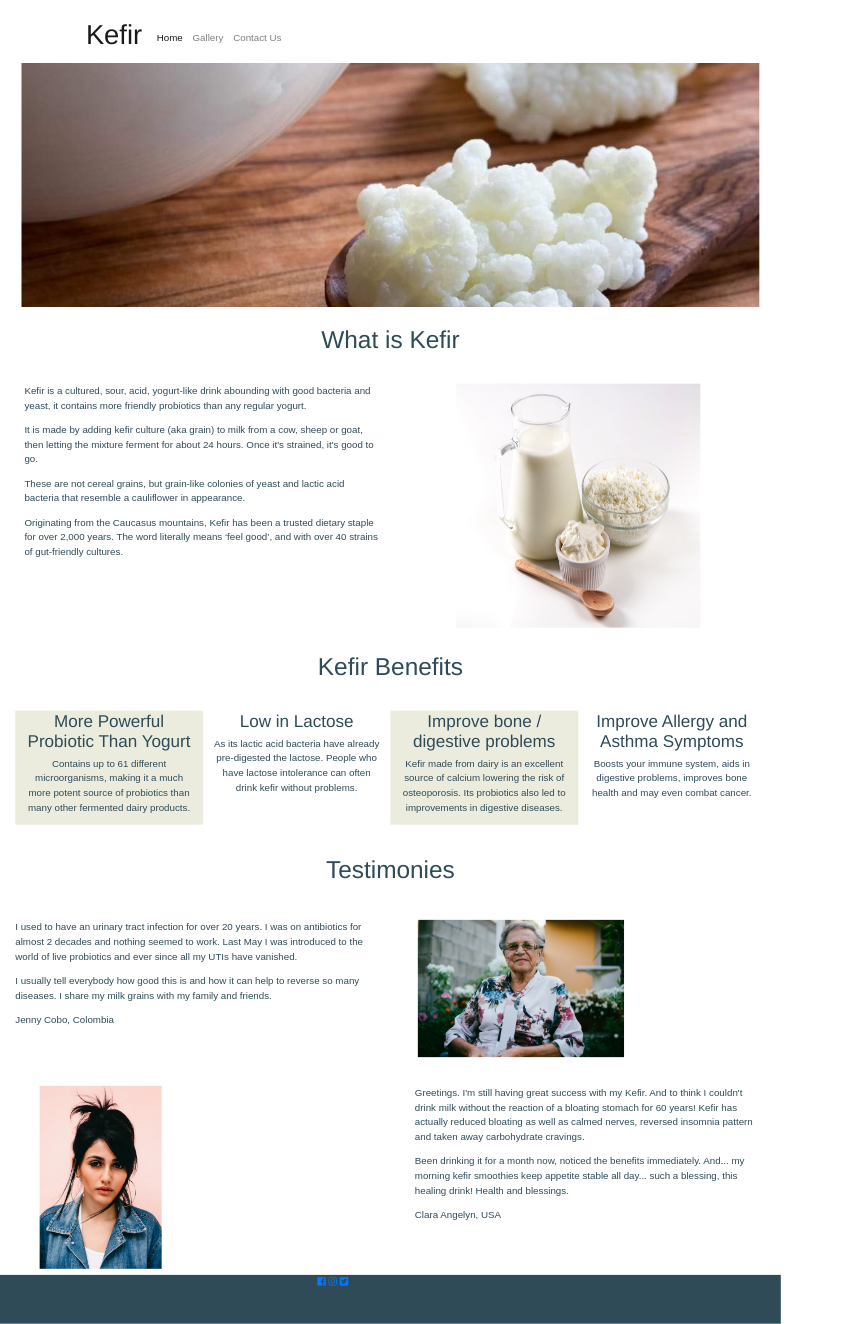
Repository: Code-Institute-Submissions/andna5980-kefir-repo_JuneResub
Page: index.html
These files come from the project's save history. The page is drawn as it stood at one moment and after the next save; the edit follows.
The browser window is 1280 px wide. The page is 1295 px wide, then 1408 px, then 1295 px, so the pictures cover 1408 px, including what lies to the right of the window. The pictures show the whole page, at 61% of full size.
Some web fonts or font styles are not loaded; a fallback is used. Some web libraries are served in a nearby version.

Above is the page before, as saved 2021-03-02 00:34:17.

After the next save:
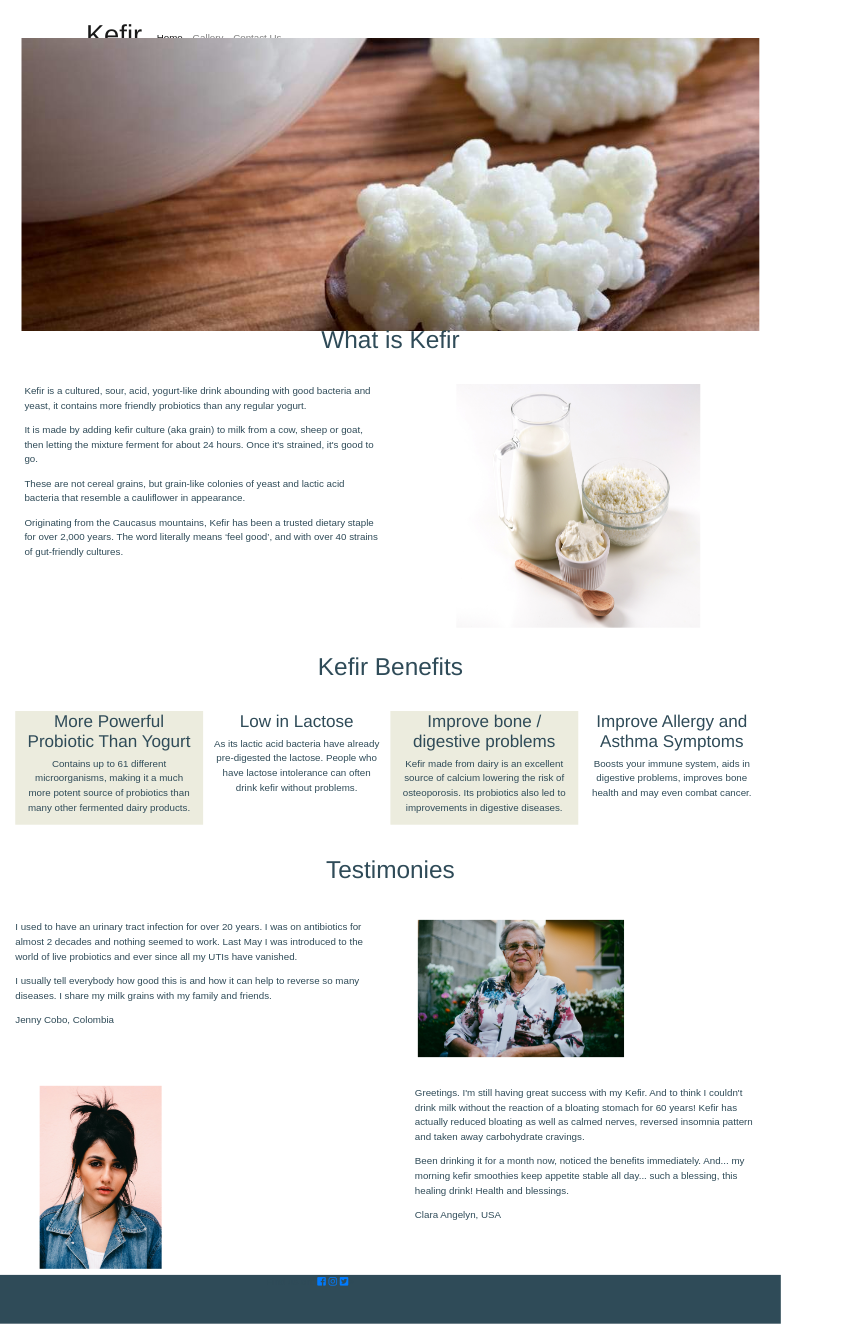
Saved 4 min 15 s later.
--- a/assets/styles/style.css
+++ b/assets/styles/style.css
@@ -63,7 +63,7 @@
 
 
 
-
+/*
 .menu a {
     text-decoration: none;
     color: #2F4B58;
@@ -73,10 +73,10 @@
 list-style-type: none;
 margin-right: 5%;
 margin-top: 30px; /* CHAPUZA  */
-word-spacing: 5px;
-}
+/* word-spacing: 5px;
+} */
 
-.menu ul {
+/* .menu ul {
     float:right;
     margin-left: 10px;
 }
@@ -84,8 +84,8 @@
 .menu li {
     list-style-type: none;
     display: inline-flex;
-}
-
+} */
+ */
 
 /*-----------------------Hero-image ----------*/
 

After the save that followed:
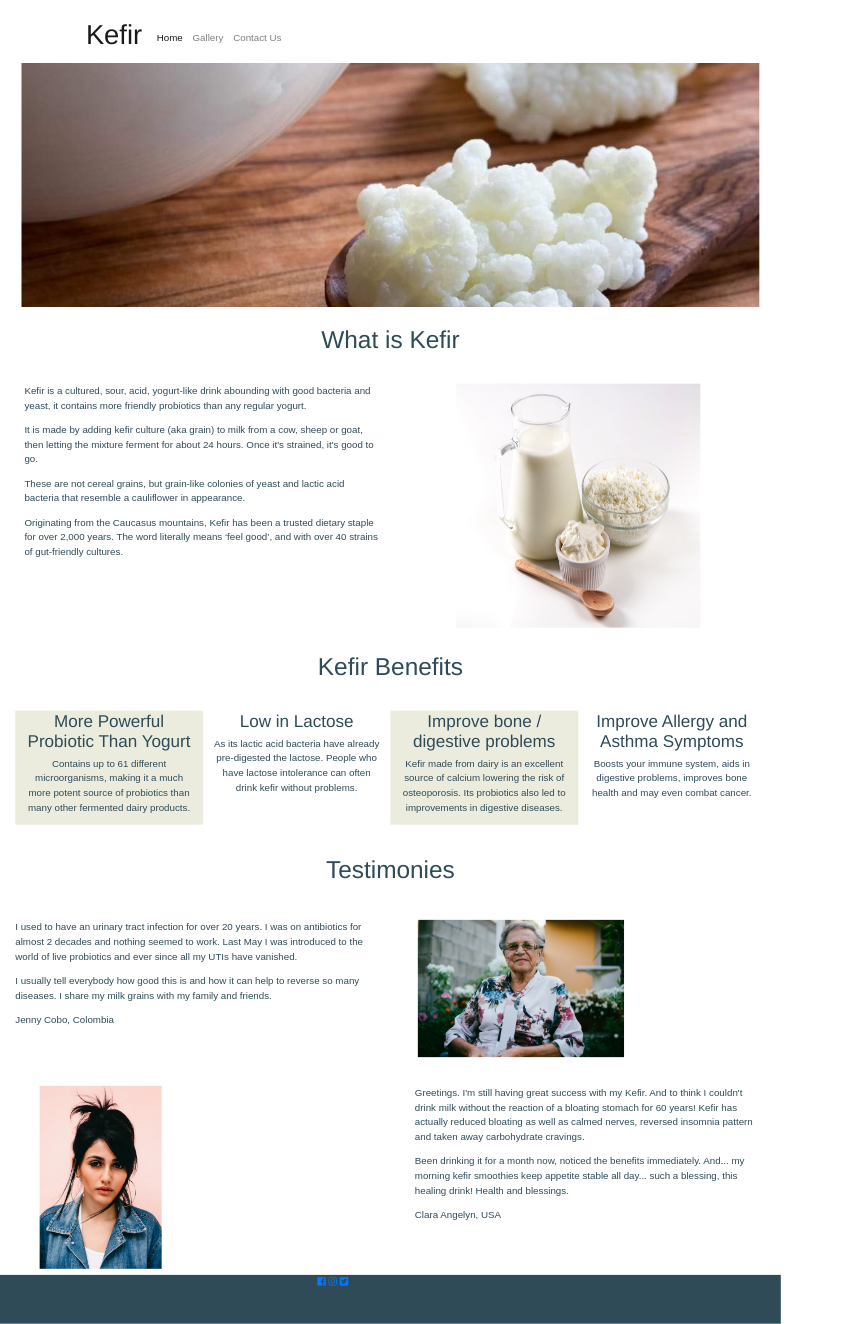
Saved 79 s later.
--- a/assets/styles/style.css
+++ b/assets/styles/style.css
@@ -63,8 +63,7 @@
 
 
 
-/*
-.menu a {
+ .menu a {
     text-decoration: none;
     color: #2F4B58;
 }
@@ -73,10 +72,10 @@
 list-style-type: none;
 margin-right: 5%;
 margin-top: 30px; /* CHAPUZA  */
-/* word-spacing: 5px;
-} */
+ word-spacing: 5px;
+}
 
-/* .menu ul {
+.menu ul {
     float:right;
     margin-left: 10px;
 }
@@ -84,8 +83,7 @@
 .menu li {
     list-style-type: none;
     display: inline-flex;
-} */
- */
+}
 
 /*-----------------------Hero-image ----------*/
 
